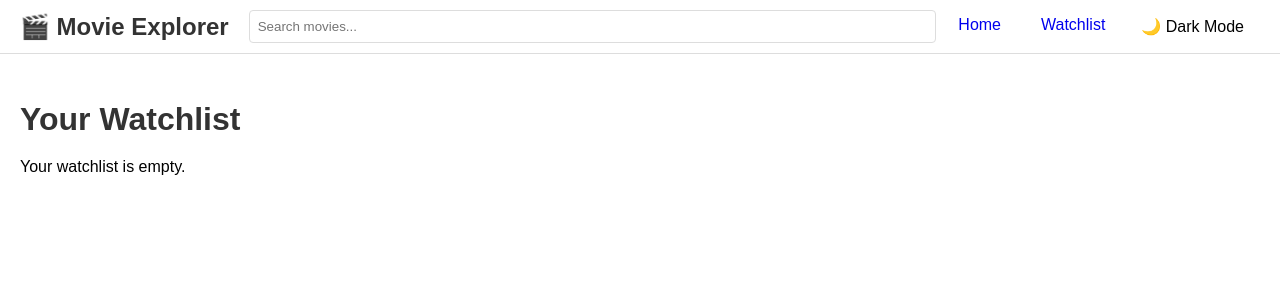
Repository: Akashmadhunala/Assignment-4-Movie_Explorer
Page: /watchlist
The author's editor kept a copy of each file at every save. The page is drawn from the files as they stood at one save, then again after the next save.
The browser window is 1280 px wide. The pictures show the whole page.
The project was rebuilt for these pictures with package versions that can differ from the ones it lists, and the page was loaded fresh each time. Also part of the build but not shown: src/components/styles/MovieCard.module.css, src/components/MovieCard.js, src/styles/Home.module.css, src/api/tmdbApi.js, src/pages/Home.js, src/styles/MovieDetail.module.css, src/pages/MovieDetail.js, src/pages/Search.js.

Above is the page before, as saved 2024-10-21 14:18:54.

### public/index.html
<!DOCTYPE html>
<html lang="en">
<head>
    <meta charset="UTF-8" />
    <meta name="viewport" content="width=device-width, initial-scale=1.0" />
    <title>Movie Explorer</title>
</head>
<body>
    <noscript>You need to enable JavaScript to run this app.</noscript>
    <div id="root"></div>
</body>
</html>

### src/index.js
import React from 'react';
import ReactDOM from 'react-dom';
import App from './App';

// Import React Query dependencies
import { QueryClient, QueryClientProvider } from 'react-query';

// Create a QueryClient instance
const queryClient = new QueryClient();

ReactDOM.render(
  <React.StrictMode>
    {/* Wrap the app with QueryClientProvider and pass the queryClient */}
    <QueryClientProvider client={queryClient}>
      <App />
    </QueryClientProvider>
  </React.StrictMode>,
  document.getElementById('root')
);

### src/App.js
import React from 'react';
import { BrowserRouter as Router, Route, Routes } from 'react-router-dom';
import { ThemeProvider } from './context/ThemeContext';
import Navbar from './components/Navbar';
import Home from './pages/Home';
import MovieDetail from './pages/MovieDetail';
import Search from './pages/Search';
import WatchlistPage from './pages/WatchlistPage';
import './styles/global.css';

const App = () => {
  return (
    <ThemeProvider>
      <Router>
        <Navbar />
        <Routes>
          <Route path="/" element={<Home />} />
          <Route path="/movie/:id" element={<MovieDetail />} />
          <Route path="/search" element={<Search />} />
          <Route path="/watchlist" element={<WatchlistPage />} />
        </Routes>
      </Router>
    </ThemeProvider>
  );
};

export default App;

### src/context/ThemeContext.js
import React, { createContext, useState } from 'react';

export const ThemeContext = createContext();

export const ThemeProvider = ({ children }) => {
  const [theme, setTheme] = useState('light');

  const toggleTheme = () => {
    setTheme((prevTheme) => (prevTheme === 'light' ? 'dark' : 'light'));
  };

  return (
    <ThemeContext.Provider value={{ theme, toggleTheme }}>
      <div className={theme}>
        {children}
      </div>
    </ThemeContext.Provider>
  );
};

### src/components/Navbar.js
import React, { useContext, useState } from 'react';
import { Link, useNavigate } from 'react-router-dom';
import { ThemeContext } from '../context/ThemeContext';
import styles from './styles/Navbar.module.css';

const Navbar = () => {
  const { theme, toggleTheme } = useContext(ThemeContext);
  const [searchTerm, setSearchTerm] = useState('');
  const navigate = useNavigate();

  const handleSearch = (e) => {
    e.preventDefault();
    if (searchTerm) {
      navigate(`/search?query=${searchTerm}`);
    }
  };

  return (
    <nav className={styles.navbar}>
      <h1>🎬 Movie Explorer</h1>
      <form onSubmit={handleSearch}>
        <input
          type="text"
          value={searchTerm}
          onChange={(e) => setSearchTerm(e.target.value)}
          placeholder="Search movies..."
          className={styles.searchBar}
        />
      </form>
      <ul>
        <li><Link to="/">Home</Link></li>
        <li><Link to="/watchlist">Watchlist</Link></li>
        <li>
          <button onClick={toggleTheme} className={styles.themeToggle}>
            {theme === 'dark' ? '🌞 Light Mode' : '🌙 Dark Mode'}
          </button>
        </li>
      </ul>
    </nav>
  );
};

export default Navbar;

### src/pages/WatchlistPage.js
import React from 'react';
import Watchlist from '../components/Watchlist';

const WatchlistPage = () => {
  return <Watchlist />;
};

export default WatchlistPage;

### src/styles/global.css
body {
  margin: 0;
  font-family: Arial, sans-serif;
}

h1, h2, h3 {
  color: #333;
}

nav {
  background: #fff;
  padding: 10px;
  border-bottom: 1px solid #ccc;
}

nav a {
  margin: 0 10px;
  text-decoration: none;
}

### src/components/styles/Navbar.module.css
.navbar {
    display: flex;
    justify-content: space-between;
    align-items: center;
    padding: 10px 20px;
    background-color: #fff;
    border-bottom: 1px solid #ddd;
  }

  .navbar h1 {
    font-size: 1.5rem;
    margin: 0;
  }

  .navbar form {
    flex: 1;
    margin: 0 20px;
  }

  .navbar input {
    width: 100%;
    padding: 8px;
    border: 1px solid #ddd;
    border-radius: 4px;
  }

  .navbar ul {
    list-style: none;
    display: flex;
    margin: 0;
    padding: 0;
  }

  .navbar li {
    margin: 0 10px;
  }

  .navbar .themeToggle {
    background-color: transparent;
    border: none;
    cursor: pointer;
    font-size: 1rem;
  }

### src/styles/Search.module.css
.search {
  padding: 20px;
}

.movieGrid {
  display: grid;
  grid-template-columns: repeat(auto-fill, minmax(200px, 1fr));
  gap: 20px;
}
/* Search.module.css */
.searchResults {
  padding: 20px;
}

h2 {
  margin-bottom: 20px;
}

/* Style the movie list to display horizontally */
.movieList {
  display: flex;
  flex-wrap: nowrap;   /* Ensure that the items do not wrap to the next line */
  overflow-x: auto;    /* Allow horizontal scrolling if items overflow */
  gap: 20px;
  padding-bottom: 20px;
}

/* Individual movie cards should have consistent width */
.movieCard {
  min-width: 200px;    /* Set a minimum width for each movie card */
  flex-shrink: 0;      /* Prevent movie cards from shrinking */
}

.movieCard img {
  width: 100%;
  height: auto;
  border-radius: 8px;
}

### src/components/Watchlist.js
import React, { useEffect, useState } from 'react';
import { Link } from 'react-router-dom';
import styles from './styles/Watchlist.module.css';

const Watchlist = () => {
  const [watchlist, setWatchlist] = useState([]);

  useEffect(() => {
    const savedWatchlist = JSON.parse(localStorage.getItem('watchlist')) || [];
    setWatchlist(savedWatchlist);
  }, []);

  const removeFromWatchlist = (id) => {
    const updatedWatchlist = watchlist.filter((movie) => movie.id !== id);
    setWatchlist(updatedWatchlist);
    localStorage.setItem('watchlist', JSON.stringify(updatedWatchlist));
  };

  return (
    <div className={styles.watchlist}>
      <h2>Your Watchlist</h2>
      {watchlist.length === 0 ? (
        <p>Your watchlist is empty.</p>
      ) : (
        <ul className={styles.movieList}>
          {watchlist.map((movie) => (
            <li key={movie.id} className={styles.movieItem}>
              <Link to={`/movie/${movie.id}`}>
                <img
                  src={`https://image.tmdb.org/t/p/w200${movie.poster_path}`}
                  alt={movie.title}
                />
              </Link>
              <div>
                <h3>{movie.title}</h3>
                <button onClick={() => removeFromWatchlist(movie.id)}>
                  Remove
                </button>
              </div>
            </li>
          ))}
        </ul>
      )}
    </div>
  );
};

export default Watchlist;

### src/components/styles/Watchlist.module.css
.watchlist {
    padding: 20px;
  }

  .watchlist h2 {
    font-size: 2rem;
  }

  .movieList {
    list-style: none;
    padding: 0;
  }

  .movieItem {
    display: flex;
    align-items: center;
    margin: 10px 0;
  }

  .movieItem img {
    width: 100px;
    height: auto;
    border-radius: 5px;
    margin-right: 15px;
  }

  .movieItem h3 {
    margin: 0;
    flex-grow: 1;
  }

  .movieItem button {
    background-color: #d9534f;
    color: white;
    border: none;
    border-radius: 3px;
    padding: 5px 10px;
    cursor: pointer;
  }

  .movieItem button:hover {
    background-color: #c9302c;
  }

Loaded but not shown: src/index.css (common file)

After the next save:
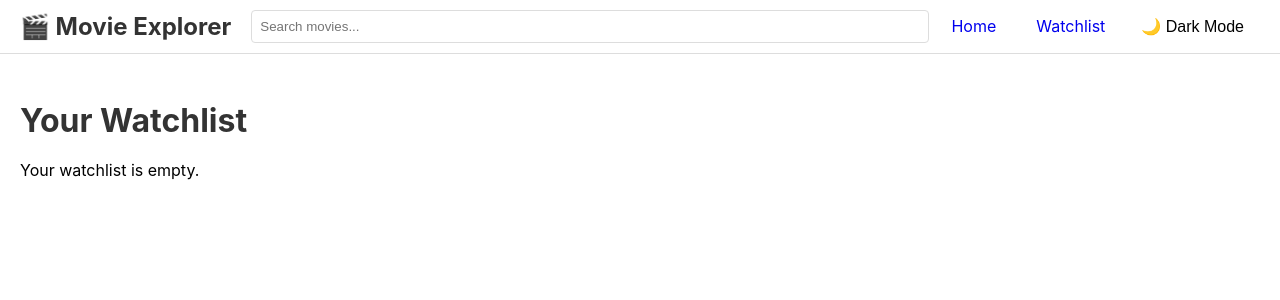
Saved 9 s later.
--- a/src/index.js
+++ b/src/index.js
@@ -1,19 +1,16 @@
 import React from 'react';
-import ReactDOM from 'react-dom';
+import ReactDOM from 'react-dom/client';
+import { QueryClient, QueryClientProvider } from '@tanstack/react-query'; // Import QueryClient and QueryClientProvider
 import App from './App';
+import './index.css';
 
-// Import React Query dependencies
-import { QueryClient, QueryClientProvider } from 'react-query';
+const queryClient = new QueryClient(); // Create a new QueryClient instance
 
-// Create a QueryClient instance
-const queryClient = new QueryClient();
-
-ReactDOM.render(
+const root = ReactDOM.createRoot(document.getElementById('root'));
+root.render(
   <React.StrictMode>
-    {/* Wrap the app with QueryClientProvider and pass the queryClient */}
-    <QueryClientProvider client={queryClient}>
+    <QueryClientProvider client={queryClient}> {/* Wrap your App with QueryClientProvider */}
       <App />
     </QueryClientProvider>
-  </React.StrictMode>,
-  document.getElementById('root')
+  </React.StrictMode>
 );
